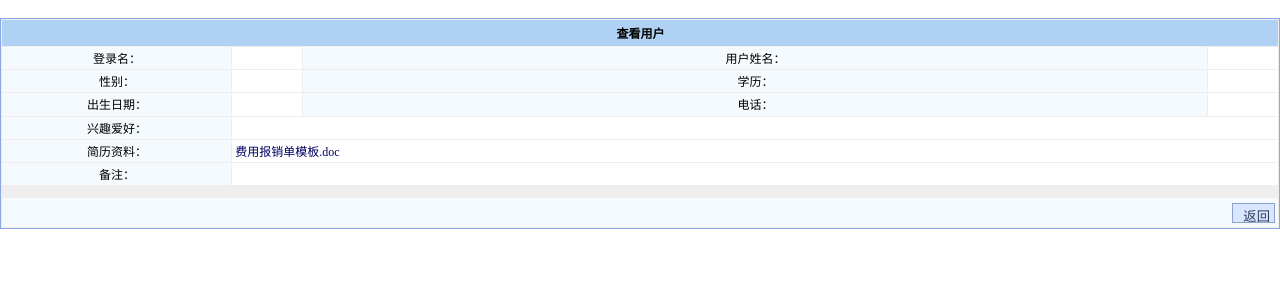
Repository: hermione-20/MyGitProjectRemote
Page: http://localhost/day28_01struts2final/user/view.jsp?userID=15
These files come from the project's save history. The page is drawn as it stood at one moment and after the next save; the edit follows.
The browser window is 1280 px wide. The pictures show the whole page.
The page is served by Tomcat 9. Other server files are loaded and not shown.

Above is the page before, as saved 2020-05-14 02:42:36.

### day28_01struts2final/WebContent/user/view.jsp
<%@ page language="java" pageEncoding="UTF-8"%>
<%@taglib uri="/struts-tags"  prefix="s"%>
<HTML>
	<HEAD>
		<meta http-equiv="Content-Language" content="zh-cn">
		<meta http-equiv="Content-Type" content="text/html; charset=UTF-8">
		<LINK href="${pageContext.request.contextPath}/css/Style.css" type="text/css" rel="stylesheet">
		<script language="javascript" src="${pageContext.request.contextPath}/js/public.js"></script>
	</HEAD>
	<body>
		<form id="userAction_save_do" name="Form1" action="${pageContext.request.contextPath}/user/userAction_save.do" method="post" enctype="multipart/form-data">
			&nbsp;
			<table cellSpacing="1" cellPadding="5" width="100%" align="center" bgColor="#eeeeee" style="border: 1px solid #8ba7e3" border="0">
				<tr>
					<td class="ta_01" align="center" bgColor="#afd1f3" colSpan="4"
						height="26">
						<strong><STRONG>查看用户</STRONG>
						</strong>
					</td>
				</tr>

				<tr>
					<td width="18%" align="center" bgColor="#f5fafe" class="ta_01">
						登录名：
					</td>
					<td class="ta_01" bgColor="#ffffff">
						<s:property value="logonName"/>
					</td>
					<td align="center" bgColor="#f5fafe" class="ta_01">
						用户姓名：
					</td>
					<td class="ta_01" bgColor="#ffffff">
						<s:property value="userName"/>
					</td>
				</tr>

				<tr>
					<td align="center" bgColor="#f5fafe" class="ta_01">
						性别：
					</td>
					<td class="ta_01" bgColor="#ffffff">
						<s:property value="gender"/>
					</td>
					<td align="center" bgColor="#f5fafe" class="ta_01">
						学历：
					</td>
					<td class="ta_01" bgColor="#ffffff">
						<s:property value="education"/>
					</td>
				</tr>
				<tr>
					<td align="center" bgColor="#f5fafe" class="ta_01">
						出生日期：
					</td>
					<td class="ta_01" bgColor="#ffffff">
						<s:property value="birthday"/>
					</td>
					<td align="center" bgColor="#f5fafe" class="ta_01">
						电话：
					</td>
					<td class="ta_01" bgColor="#ffffff">
						<s:property value="telephone"/>
					</td>
				</tr>
				<tr>
					<td align="center" bgColor="#f5fafe" class="ta_01">
						兴趣爱好：
					</td>
					<td class="ta_01" bgColor="#ffffff" colSpan="3">
						<s:property value="hobby"/>
					</td>
				</tr>
				<tr>
					<td align="center" bgColor="#f5fafe" class="ta_01">
						简历资料：
					</td>
					<td class="ta_01" bgColor="#ffffff" colSpan="3">
						<a href="#" onclick="openWindow('user/userAction_download.do?userID=17','700','400')" class="cl_01">
						     费用报销单模板.doc
						</a>
					</td>
				</tr>
				<TR>
					<TD class="ta_01" align="center" bgColor="#f5fafe">
						备注：
					</TD>
					<TD class="ta_01" bgColor="#ffffff" colSpan="3">
						<s:property value="remark"/>
					</TD>
				</TR>
				<TR>
					<td align="center" colSpan="4" class="sep1">
						<img src="${pageContext.request.contextPath}/images/shim.gif">
					</td>
				</TR>
				<TR>
					<td class="ta_01" style="WIDTH: 100%" align="right" bgColor="#f5fafe" colSpan="4">
						<FONT face="宋体">&nbsp;&nbsp;&nbsp;&nbsp;&nbsp;&nbsp;&nbsp;</FONT>
						<INPUT class="button_ok" type="button" onclick="history.go(-1)" value="返回"/>
						<span id="Label1"></span>
					</td>
				</TR>
			</table>
		</form>
	</body>
</HTML>

### day28_01struts2final/WebContent/css/Style.css
body {
	background-color: #FFFFFF;
	margin-left: 0px;
	margin-top: 0px;
	margin-right: 0px;
	margin-bottom: 0px;
}
td,select  {
	font-size: 12px;
}
A.cl:link {
    font-size:12px;
	color: #000000;
    text-decoration:none;
}
A.cl:visited {
    font-size:12px;
	color: #000000;
    text-decoration:none;
}
A.cl:hover {
    font-size:12px;
	color: #cc0000;
	text-decoration:underline;
}
A.cl_01:link {
    font-size:12px;
	color: #000066;
    text-decoration:none;
}
A.cl_01:visited {
    font-size:12px;
	color: #000066;
    text-decoration:none;
}
A.cl_01:hover {
    font-size:12px;
	color: #0066CC;
	text-decoration:underline;
}
.bt_01 {
	line-height: 155%;
	color: #FFFFFF;
	padding-left: 15px;
	padding-bottom: 10px;
}

.box04 {
	font-size: 12px;
	padding-top: 7px;
	padding-left: 16px;
	background-color: #88A5DF;
	border-top-width: 1px;
	border-right-width: 1px;
	border-bottom-width: 1px;
	border-left-width: 1px;
	border-top-style: solid;
	border-right-style: solid;
	border-bottom-style: solid;
	border-left-style: solid;
	border-top-color: #7798DC;
	border-right-color: #2C416B;
	border-bottom-color: #2C416B;
	border-left-color: #7798DC;
	padding-bottom: 4px;
}
.box01 {
	font-size: 12px;
	color: #000000;
	border-top-width: 1px;
	border-right-width: 1px;
	border-bottom-width: 1px;
	border-left-width: 1px;
	border-right-style: solid;
	border-bottom-style: solid;
	border-left-style: solid;
	border-top-color: #EDF8FF;
	border-right-color: #8099B2;
	border-bottom-color: #8099B2;
	border-left-color: #EDF8FF;
	background-color: #B2CFED;
	padding-top: 7px;
	padding-left: 16px;
	border-top-style: solid;
	padding-bottom: 4px;
}
.box05 {
	font-size: 12px;
	padding-top: 5px;
	padding-left: 30px;
	border-bottom-width: 1px;
	border-bottom-style: solid;
	border-bottom-color: #B2CFED;
	border-right-width: 1px;
	border-right-style: solid;
	border-right-color: #F4F9FF;
	padding-bottom: 3px;
	background-color: #EDF8FF;
}
.box06 {
	font-size: 12px;
	background-color: #EDF6FF;
	padding-top: 5px;
	padding-left: 30px;
	border-bottom-width: 1px;
	border-bottom-style: solid;
	border-bottom-color: #ADAEAD;
	padding-bottom: 3px;

}
.bottom {
	color: #000066;
}
A.cl_02:link {
    font-size:12px;
	color: #CC0000;
    text-decoration:underline;
}
A.cl_02:visited {
    font-size:12px;
	color: #CC0000;
    text-decoration:underline;
}
A.cl_02:hover {
    font-size:12px;
	color: #CC0000;
	text-decoration:none;
}
.top {
	padding-top: 4px;
	padding-bottom: 2px;
	font-weight: bold;
	background-color: #AFD1F3;
	border-top-width: 1px;
	border-right-width: 1px;
	border-bottom-width: 1px;
	border-left-width: 1px;
	border-top-style: solid;
	border-right-style: solid;
	border-bottom-style: solid;
	border-left-style: solid;
	border-top-color: #E3EFFB;
	border-right-color: #7990A8;
	border-bottom-color: #7990A8;
	border-left-color: #E3EFFB;
}
.ta_01 {
	padding-top: 4px;
	padding-bottom: 2px;
	padding-right: 2px;
	padding-left: 3px;
	line-height: 135%;
}

A:link {
    font-size:12px;
	color: #000000;
    text-decoration:none;
}
A:visited {
    font-size:12px;
	color: #000000;
    text-decoration:none;
}
A.eq:hover {
    font-size:12px;
	color: #0066FF;
	text-decoration:underline;
}
A.eq:link {
    font-size:12px;
	color: #000000;
    text-decoration:underline;
}
A.eq:visited {
    font-size:12px;
	color: #000000;
    text-decoration:underline;
}
A.eq:hover {
    font-size:12px;
	color: #0066FF;
	text-decoration:underline;
}
.bg {
	border-top:0px ;
	border-left:0px ;
	border-right:0px ;
	border-bottom: solid 1px gray;
	background-color: #FBFDFF;
	height:21px ;
	width:150px;
}
.button {
	background-color: #DAE6FF;
	margin: 1px;
	padding: 0px 2px 0px 2px;
	border: 1px solid #8AA2CC;
	color: #333333;
	cursor: hand;
	/*
	left: 10px;
	top: 10px;
	right: 0px;
	bottom: 10px;
	clip:  rect(10px 10px 10px 10px);
	*/
	height: 18px;
}
.button_ok {
	background-color: #DAE6FF;
	margin: 1px;
	padding: 2px 4px 2px 10px;
	border: 1px solid #8AA2CC;
	background-attachment: fixed;
	background-image: url(../images/button_ok.gif);
	background-repeat: no-repeat;
	background-position: left center;
	color: #2F3F5B;
	cursor: hand;
	text-align: right;
	left: 10px;
	top: 10px;
	right: 0px;
	bottom: 10px;
	clip:  rect(10px 10px 10px 10px);
	height: 20px;
}
.button_cancel {
	background-color: #DAE6FF;
	margin: 1px;
	padding: 2px 4px 2px 10px;
	border: 1px solid #8AA2CC;
	background-attachment: fixed;
	background-image: url(../images/button_cancel.gif);
	background-repeat: no-repeat;
	background-position: left center;
	color: #2F3F5B;
	cursor: hand;
	text-align: right;
	left: 10px;
	top: 10px;
	right: 0px;
	bottom: 10px;
	clip:  rect(10px 10px 10px 10px);
	height: 20px;
}
.button_help {
	background-color: #DAE6FF;
	margin: 1px;
	padding: 2px 4px 2px 10px;
	border: 1px solid #8AA2CC;
	background-attachment: fixed;
	background-image: url(../images/button_help.gif);
	background-repeat: no-repeat;
	background-position: left center;
	color: #2F3F5B;
	cursor: hand;
	text-align: right;
	left: 10px;
	top: 10px;
	right: 0px;
	bottom: 10px;
	clip:  rect(10px 10px 10px 10px);
	height: 20px;
}
.button_exit {
	background-color: #DAE6FF;
	margin: 1px;
	padding: 2px 4px 2px 10px;
	border: 1px solid #8AA2CC;
	background-attachment: fixed;
	background-image: url(../images/button_search.gif);
	background-repeat: no-repeat;
	background-position: left center;
	color: #2F3F5B;
	cursor: hand;
	text-align: right;
	left: 10px;
	top: 10px;
	right: 0px;
	bottom: 10px;
	clip:  rect(10px 10px 10px 10px);
	height: 20px;
	.button_search {
	background-color: #DAE6FF;
	margin: 1px;
	padding: 2px 4px 2px 10px;
	border: 1px solid #8AA2CC;
	background-attachment: fixed;
	background-image: url(../images/button_exit.gif);
	background-repeat: no-repeat;
	background-position: left center;
	color: #2F3F5B;
	cursor: hand;
	text-align: right;
	left: 10px;
	top: 10px;
	right: 0px;
	bottom: 10px;
	clip:  rect(10px 10px 10px 10px);
	height: 20px;
}
.button_view {
	background-color: #DAE6FF;
	margin: 1px;
	padding: 2px 4px 2px 10px;
	border: 1px solid #8AA2CC;
	background-attachment: fixed;
	background-image: url(../images/button_view.gif);
	background-repeat: no-repeat;
	background-position: left center;
	color: #2F3F5B;
	cursor: hand;
	text-align: right;
	left: 10px;
	top: 10px;
	right: 0px;
	bottom: 10px;
	clip:  rect(10px 10px 10px 10px);
	height: 20px;
}
.button_add {
	background-color: #DAE6FF;
	margin: 1px;
	padding: 2px 4px 2px 10px;
	border: 1px solid #8AA2CC;
	background-attachment: fixed;
	background-image: url(../images/button_add.gif);
	background-repeat: no-repeat;
	background-position: left center;
	color: #2F3F5B;
	cursor: hand;
	text-align: right;
	left: 10px;
	top: 10px;
	right: 0px;
	bottom: 10px;
	clip:  rect(10px 10px 10px 10px);
	height: 20px;
}
.button_del {
	background-color: #DAE6FF;
	margin: 1px;
	padding: 2px 4px 2px 10px;
	border: 1px solid #8AA2CC;
	background-attachment: fixed;
	background-image: url(../images/button_del.gif);
	background-repeat: no-repeat;
	background-position: left center;
	color: #2F3F5B;
	cursor: hand;
	text-align: right;
	left: 10px;
	top: 10px;
	right: 0px;
	bottom: 10px;
	clip:  rect(10px 10px 10px 10px);
	height: 20px;
}
.button_print {
	background-color: #DAE6FF;
	margin: 1px;
	padding: 2px 4px 2px 10px;
	border: 1px solid #8AA2CC;
	background-attachment: fixed;
	background-image: url(../images/button_print.gif);
	background-repeat: no-repeat;
	background-position: left center;
	color: #2F3F5B;
	cursor: hand;
	text-align: right;
	left: 10px;
	top: 10px;
	right: 0px;
	bottom: 10px;
	clip:  rect(10px 10px 10px 10px);
	height: 20px;
}
.button_modi {
	background-color: #DAE6FF;
	margin: 1px;
	padding: 2px 4px 2px 10px;
	border: 1px solid #8AA2CC;
	background-attachment: fixed;
	background-image: url(../images/button_modi.gif);
	background-repeat: no-repeat;
	background-position: left center;
	color: #2F3F5B;
	cursor: hand;
	text-align: right;
	left: 10px;
	top: 10px;
	right: 0px;
	bottom: 10px;
	clip:  rect(10px 10px 10px 10px);
	height: 20px;
}
.button_save {
	background-color: #DAE6FF;
	margin: 1px;
	padding: 2px 4px 2px 10px;
	border: 1px solid #8AA2CC;
	background-attachment: fixed;
	background-image: url(../images/button_save.gif);
	background-repeat: no-repeat;
	background-position: left center;
	color: #2F3F5B;
	cursor: hand;
	text-align: right;
	left: 10px;
	top: 10px;
	right: 0px;
	bottom: 10px;
	clip:  rect(10px 10px 10px 10px);
	height: 20px;
}
.button_alert {
	background-color: #DAE6FF;
	margin: 1px;
	padding: 2px 4px 2px 10px;
	border: 1px solid #8AA2CC;
	background-attachment: fixed;
	background-image: url(../images/button_alert.gif);
	background-repeat: no-repeat;
	background-position: left center;
	color: #2F3F5B;
	cursor: hand;
	text-align: right;
	left: 10px;
	top: 10px;
	right: 0px;
	bottom: 10px;
	clip:  rect(10px 10px 10px 10px);
	height: 20px;
}
.button_clock {
	background-color: #DAE6FF;
	margin: 1px;
	padding: 2px 4px 2px 10px;
	border: 1px solid #8AA2CC;
	background-attachment: fixed;
	background-image: url(../images/button_clock.gif);
	background-repeat: no-repeat;
	background-position: left center;
	color: #2F3F5B;
	cursor: hand;
	text-align: right;
	left: 10px;
	top: 10px;
	right: 0px;
	bottom: 10px;
	clip:  rect(10px 10px 10px 10px);
	height: 20px;
}
.button_close {
	background-color: #DAE6FF;
	margin: 1px;
	padding: 2px 4px 2px 10px;
	border: 1px solid #8AA2CC;
	background-attachment: fixed;
	background-image: url(../images/button_close.gif);
	background-repeat: no-repeat;
	background-position: left center;
	color: #2F3F5B;
	cursor: hand;
	text-align: right;
	left: 10px;
	top: 10px;
	right: 0px;
	bottom: 10px;
	clip:  rect(10px 10px 10px 10px);
	height: 20px;
}
.button_phone01 {
	background-color: #DAE6FF;
	margin: 1px;
	padding: 2px 4px 2px 10px;
	border: 1px solid #8AA2CC;
	background-attachment: fixed;
	background-image: url(../images/button_phone01.gif);
	background-repeat: no-repeat;
	background-position: left center;
	color: #2F3F5B;
	cursor: hand;
	text-align: right;
	left: 10px;
	top: 10px;
	right: 0px;
	bottom: 10px;
	clip:  rect(10px 10px 10px 10px);
	height: 20px;
}
.button_dire {
	background-color: #DAE6FF;
	margin: 1px;
	padding: 2px 4px 2px 10px;
	border: 1px solid #8AA2CC;
	background-attachment: fixed;
	background-image: url(../images/hotel_dire_arrowc.jpg);
	background-repeat: no-repeat;
	background-position: left center;
	color: #2F3F5B;
	cursor: hand;
	text-align: right;
	left: 10px;
	top: 10px;
	right: 0px;
	bottom: 10px;
	clip:  rect(10px 10px 10px 10px);
	height: 20px;
}
.NextLine
{
	word-break:break-all;word-wrap:break-word;
}
.test
{
	BACKGROUND-IMAGE: url(../images/aaa.gif); HEIGHT: 25px;

}
.optionOff
{
	color:#909090;
	background-image:url(../images/optionbgOff.gif);
	background-position:right;
	background-repeat:no-repeat;
	border-left:1px solid #a0a0a0;
	text-align:center;
	width:110px;
	cursor:hand;
}
.optionOn {
	color:#1E6BAE;
	background-image:url(../images/optionbgOn.gif);
	background-position:right;
	background-repeat:no-repeat;
	border-left:1px solid #808080;
	text-align:center;
	font-weight:bold;
	width:110px;
	cursor:hand;
}
.optionOff A,.optionOff A:link,.optionOff A:visited,.optionOff A:hover,.optionOff A:active {
	color:#909090;
	text-decoration:none;
}
.optionOn A,.optionOn A:link,.optionOn A:visited,.optionOn A:hover,.optionOn A:active {
	color:#1E6BAE;
	text-decoration:none;
}
.tbodyhidden {
	display:none;
}
.xscroll {
	overflow-x:auto;
	height:auto;
	SCROLLBAR-FACE-COLOR: #E0F0FC;
	SCROLLBAR-SHADOW-COLOR: #EAF5FD;
	SCROLLBAR-3DLIGHT-COLOR: #808080;
	SCROLLBAR-ARROW-COLOR: #808080;
	SCROLLBAR-DARKSHADOW-COLOR:#808080;
	buttonface: #666666;
}
.xscrollhidden {
	overflow-x:auto;
	display:none;
	SCROLLBAR-FACE-COLOR: #E0F0FC;
	SCROLLBAR-SHADOW-COLOR: #EAF5FD;
	SCROLLBAR-3DLIGHT-COLOR: #808080;
	SCROLLBAR-ARROW-COLOR: #808080;
	SCROLLBAR-DARKSHADOW-COLOR:#808080;
	buttonface: #666666;
}
.sep1 {
	padding:0px;
	background-color:#AFD1F3;
}
.grouptitle {
	background-color:#E0F0FC;
	color: #5580D7;
}
.bodyscroll {
	SCROLLBAR-FACE-COLOR: #f6f6f6;
	SCROLLBAR-SHADOW-COLOR: #8099B2;
	SCROLLBAR-3DLIGHT-COLOR: #8099B2;
	SCROLLBAR-ARROW-COLOR: #8099B2;
	SCROLLBAR-DARKSHADOW-COLOR:#cccccc;
	buttonface: #f6f6f6;
}

Loaded but not shown: day28_01struts2final/WebContent/js/public.js (common file)

After the next save:
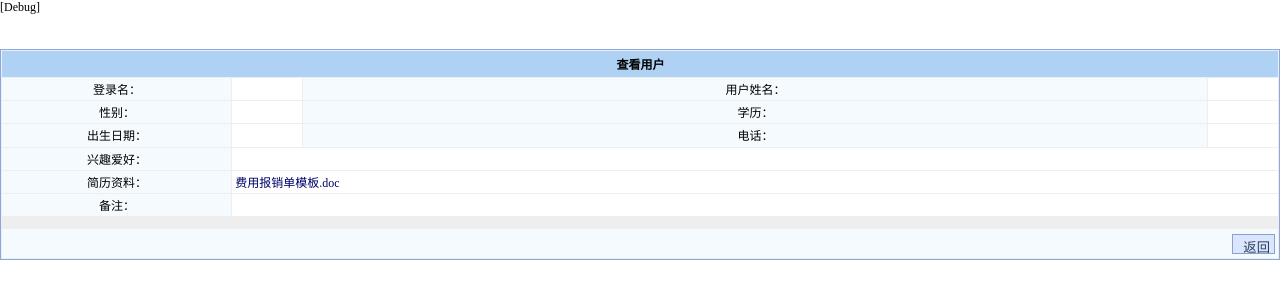
Saved 52 s later.
--- a/day28_01struts2final/WebContent/user/view.jsp
+++ b/day28_01struts2final/WebContent/user/view.jsp
@@ -8,6 +8,7 @@
 		<script language="javascript" src="${pageContext.request.contextPath}/js/public.js"></script>
 	</HEAD>
 	<body>
+	<s:debug></s:debug>
 		<form id="userAction_save_do" name="Form1" action="${pageContext.request.contextPath}/user/userAction_save.do" method="post" enctype="multipart/form-data">
 			&nbsp;
 			<table cellSpacing="1" cellPadding="5" width="100%" align="center" bgColor="#eeeeee" style="border: 1px solid #8ba7e3" border="0">
